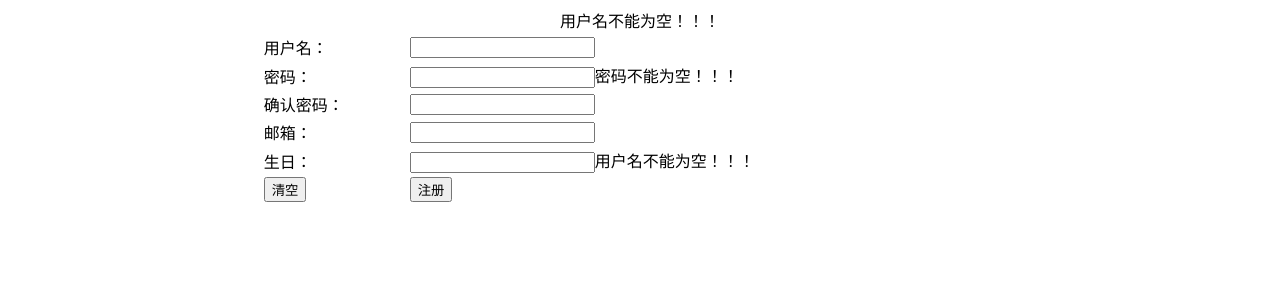
Repository: wsws1996/myproject
Page: http://localhost/day09_user/servlet/RegisterServlet
These files come from the project's save history. The page is drawn as it stood at one moment and after the next save; the edit follows.
The browser window is 1280 px wide. The pictures show the whole page.
The page is served by Tomcat 9. Other server files are loaded and not shown.

Above is the page before, as saved 2015-11-19 15:27:57.

### java/workspace/day09_user/WebRoot/WEB-INF/jsp/register.jsp
<%@ page language="java" import="java.util.*" pageEncoding="UTF-8"%>

<!DOCTYPE HTML PUBLIC "-//W3C//DTD HTML 4.01 Transitional//EN">
<html>
<head>

<title>用户注册</title>

</head>

<body style="text-align: center;">
	<form
		action="${pageContext.request.contextPath }/servlet/RegisterServlet"
		method="post">
		<table align="center" width="60%">
			<tr>
				<td>用户名：</td>
				<td><input type="text" name="username"></td>${formbean.errors.username }
			</tr>
			<tr>
				<td>密码：</td>
				<td><input type="password" name="password">${formbean.errors.password }</td>
			</tr>
			<tr>
				<td>确认密码：</td>
				<td><input type="password" name="password2">${formbean.errors.password2 }</td>
			</tr>
			<tr>
				<td>邮箱：</td>
				<td><input type="text" name="email">${formbean.errors.email }</td>
			</tr>
			<tr>
				<td>生日：</td>
				<td><input type="text" name="birthday">${formbean.errors.username}</td>
			</tr>
			<tr>
				<td><input type="reset" value="清空"></td>
				<td><input type="submit" value="注册"></td>
			</tr>
		</table>
	</form>
</body>
</html>

### java/workspace/day09_user/src/cn/wang/web/controller/RegisterServlet.java
package cn.wang.web.controller;

import java.io.IOException;

import javax.servlet.ServletException;
import javax.servlet.http.HttpServlet;
import javax.servlet.http.HttpServletRequest;
import javax.servlet.http.HttpServletResponse;

import cn.wang.utils.WebUtils;
import cn.wang.web.formbean.RegisterFormBean;

public class RegisterServlet extends HttpServlet {

	public void doGet(HttpServletRequest request, HttpServletResponse response)
			throws ServletException, IOException {
		RegisterFormBean formBean = WebUtils.request2Bean(request,
				RegisterFormBean.class);
		if (!formBean.validate()) {
			request.setAttribute("formbean", formBean);
			request.getRequestDispatcher("/WEB-INF/jsp/register.jsp").forward(request, response);
		}

	}

	public void doPost(HttpServletRequest request, HttpServletResponse response)
			throws ServletException, IOException {

		doGet(request, response);
	}

	/**
	 * Initialization of the servlet. <br>
	 *
	 * @throws ServletException
	 *             if an error occurs
	 */
	public void init() throws ServletException {
		// Put your code here
	}

}

### java/workspace/day09_user/src/cn/wang/web/formbean/RegisterFormBean.java
package cn.wang.web.formbean;

import java.util.HashMap;
import java.util.Map;

import javax.persistence.Id;

import org.apache.commons.beanutils.locale.converters.DateLocaleConverter;

public class RegisterFormBean {
	private String username;
	private String password;
	private String password2;
	private String email;
	private String birthday;

	private Map<String, String> errors = new HashMap();

	public Map<String, String> getErrors() {
		return errors;
	}

	public void setErrors(Map<String, String> errors) {
		this.errors = errors;
	}

	public String getUsername() {
		return username;
	}

	public void setUsername(String username) {
		this.username = username;
	}

	public String getPassword() {
		return password;
	}

	public void setPassword(String password) {
		this.password = password;
	}

	public String getPassword2() {
		return password2;
	}

	public void setPassword2(String password2) {
		this.password2 = password2;
	}

	public String getEmail() {
		return email;
	}

	public void setEmail(String email) {
		this.email = email;
	}

	public String getBirthday() {
		return birthday;
	}

	public void setBirthday(String birthday) {
		this.birthday = birthday;
	}

	public boolean validate() {
		boolean isOK = true;

		if (this.username == null || this.username.trim().equals("")) {
			isOK = false;
			errors.put("username", "用户名不能为空！！！");
		} else {
			if (!this.username.matches("[a-zA-Z]{3,8}")) {
				isOK = false;
				errors.put("username", "用户名必须是3-8位的字母！！！");
			}
		}
		if (this.password == null || this.password.trim().equals("")) {
			isOK = false;
			errors.put("password", "密码不能为空！！！");
		} else {
			if (!this.password.matches("\\d{3,8}")) {
				isOK = false;
				errors.put("password", "密码必须是3-8位的数字！！！");
			}
		}
		if (this.password2 != null) {
			if (!this.password.equals(this.password2)) {
				isOK = false;
				errors.put("password2", "两次密码不一致！！！");
			}
		}
		if (this.email != null) {
			if (!this.email.matches("\\w+@\\w+(\\.\\w)+")) {
				isOK = false;
				errors.put("email", "邮箱不是一个合法邮箱！！！");
			}
		}
		if (this.birthday != null) {
			try {
				DateLocaleConverter converter = new DateLocaleConverter();
				converter.convert(this.birthday);
			} catch (Exception e) {
				isOK = false;
				errors.put("birthday", "生日必须要是一个日期！！！");
			}
		}
		return isOK;
	}

}

### java/workspace/day09_user/src/cn/wang/utils/WebUtils.java
package cn.wang.utils;

import java.util.Enumeration;

import javax.servlet.http.HttpServletRequest;

import org.apache.commons.beanutils.BeanUtils;

import cn.wang.web.formbean.RegisterFormBean;

public class WebUtils {
	public static <T> T request2Bean(HttpServletRequest request, Class<T> clazz) {
		try {
			T bean = clazz.newInstance();
			Enumeration enumeration = request.getParameterNames();
			while (enumeration.hasMoreElements()) {
				String name = (String) enumeration.nextElement();
				String value = request.getParameter(name);
				BeanUtils.setProperty(bean, name, value);
			}
			return bean;
		} catch (Exception e) {
			// TODO: handle exception
			throw new RuntimeException(e);
		}
	}
}

After the next save:
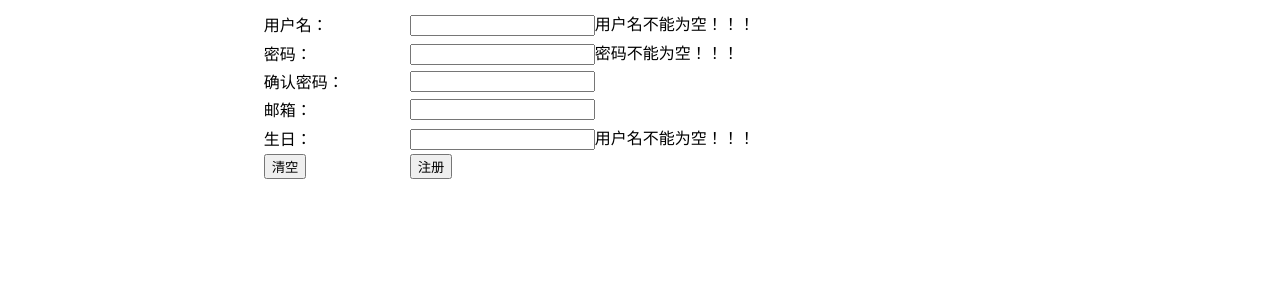
Saved 8 s later.
--- a/java/workspace/day09_user/WebRoot/WEB-INF/jsp/register.jsp
+++ b/java/workspace/day09_user/WebRoot/WEB-INF/jsp/register.jsp
@@ -15,7 +15,7 @@
 		<table align="center" width="60%">
 			<tr>
 				<td>用户名：</td>
-				<td><input type="text" name="username"></td>${formbean.errors.username }
+				<td><input type="text" name="username">${formbean.errors.username }</td>
 			</tr>
 			<tr>
 				<td>密码：</td>
